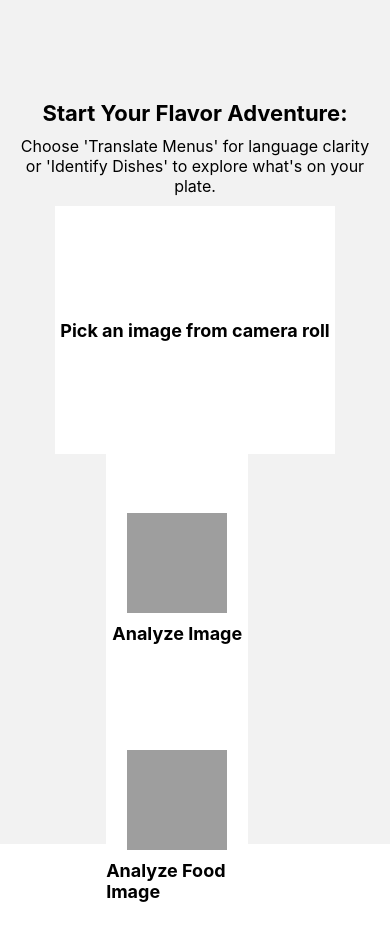
Repository: djdjdallas/taste-without-borders
Screen: /Home
The author's editor kept a copy of each file at every save. The screen is drawn from the files as they stood at one save, then again after a run of saves.
Pictures or frames that could not be fetched are drawn as grey boxes. The app was drawn by React Native's web renderer in a window 390 px wide. The project was rebuilt for these pictures with package versions that can differ from the ones it lists, and the page was loaded fresh each time.

Above is the screen before, as saved 2023-12-26 20:21:17.

After the next 2 saves:
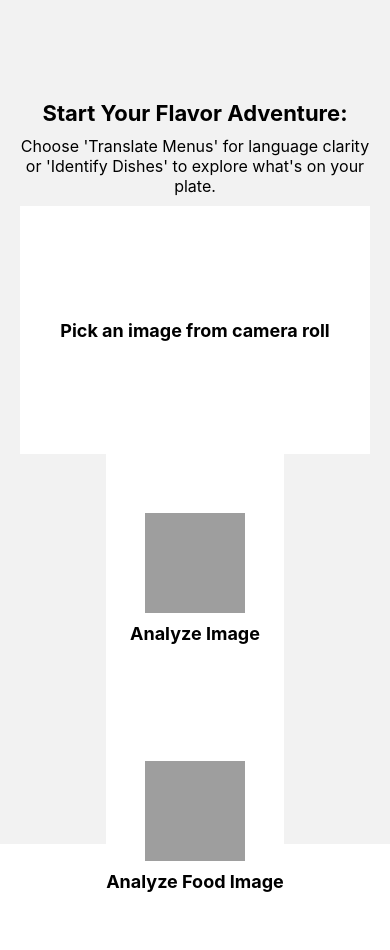
The 2 saves are shown as one change because they came seconds apart.
The last was saved 21 s later.
--- a/HomeScreen.js
+++ b/HomeScreen.js
@@ -233,7 +233,7 @@
     height: 248,
     justifyContent: "center",
     alignItems: "center",
-    width: "80%", // Assuming you want to set the width to 80% of the screen width
+    width: "100%", // Assuming you want to set the width to 80% of the screen width
     alignItems: "center",
     backgroundColor: "white",
   },

After the 2 saves that followed:
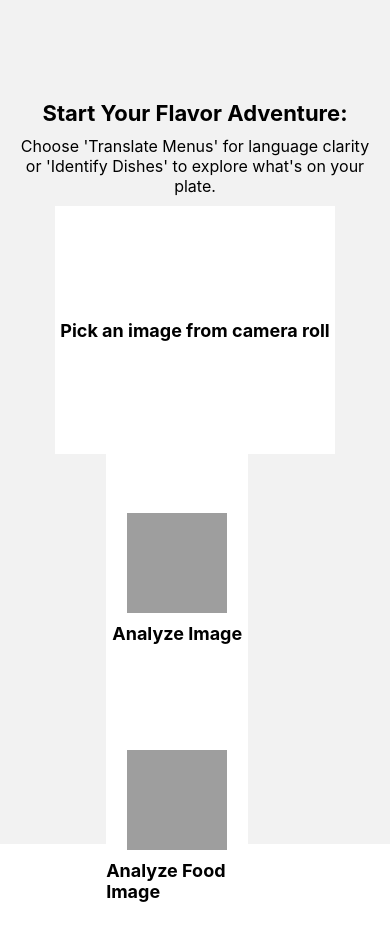
The 2 saves are shown as one change because they came seconds apart.
The last was saved 7 s later.
--- a/HomeScreen.js
+++ b/HomeScreen.js
@@ -233,7 +233,7 @@
     height: 248,
     justifyContent: "center",
     alignItems: "center",
-    width: "100%", // Assuming you want to set the width to 80% of the screen width
+    width: "80%", // Assuming you want to set the width to 80% of the screen width
     alignItems: "center",
     backgroundColor: "white",
   },
